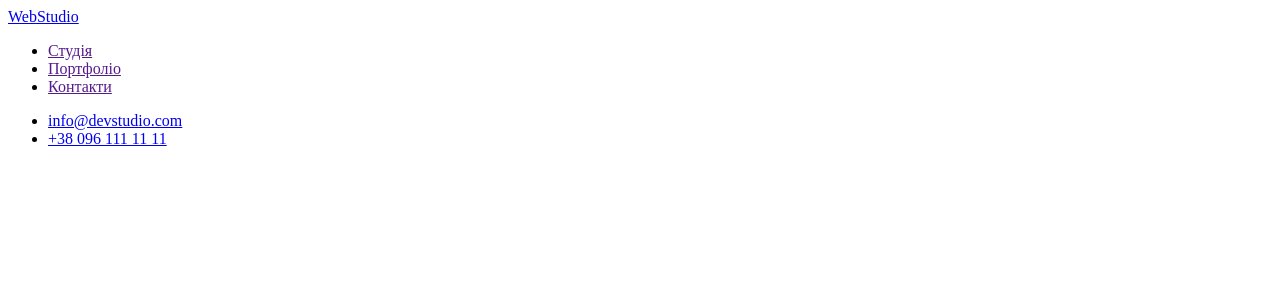
Repository: Mariia2811/goit-markup-hw-03
Page: index.html
The author's editor kept a copy of each file at every save. The page is drawn from the files as they stood at one save, then again after the next save.
The browser window is 1280 px wide. The pictures show the whole page.

Above is the page before, as saved 2022-11-16 13:34:02.

### index.html
<!DOCTYPE html>
<html lang="uk">
  <head>
    <meta charset="UTF-8" />
    <meta http-equiv="X-UA-Compatible" content="IE=edge" />
    <meta name="viewport" content="width=device-width, initial-scale=1.0" />
    <title>Document</title>
  </head>
  <body>
    <header>
        <nav>
            <a href="./index.html">WebStudio</a>
            <ul>
                <li><a href="">Студія</a></li>
                <li><a href="">Портфоліо</a></li>
                <li><a href="">Контакти</a></li>
            </ul>
            <ul>
                <li><a href="mailto:info@devstudio.com">info@devstudio.com</a></li>
                <li><a href="tel:+380961111111">+38 096 111 11 11</a></li>
            </ul>
        </nav>
    </header>
    <main>
        <section>
            <h1></h1>
        </section>
        <section></section>
        <section></section>
        <section></section>
    </main>
    <footer></footer>
  </body>
</html>

After the next save:
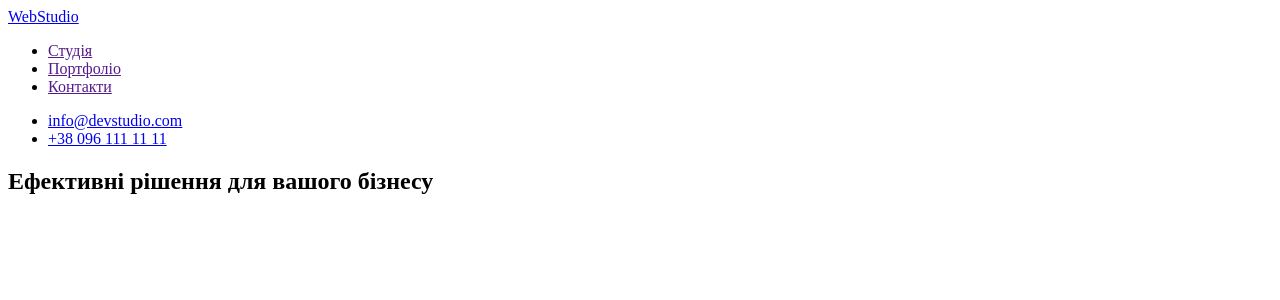
Saved 6 s later.
--- a/index.html
+++ b/index.html
@@ -23,7 +23,7 @@
     </header>
     <main>
         <section>
-            <h1></h1>
+            <h1>Ефективні рішення для вашого бізнесу</h1>
         </section>
         <section></section>
         <section></section>
